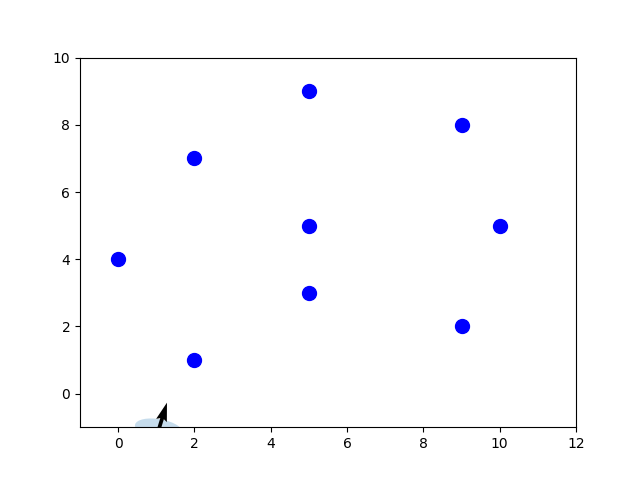
Repository: M-Usamah/Robotics
Script's output: python Project/code/kalman_filter_fill.py
The author's editor kept a copy of each file at every save. The script's output is drawn from the files as they stood at one save, then again after the next save.
Animations are shown at an early frame. Random numbers start from a fixed seed.

Above is the script's output before, as saved 2021-01-16 23:29:57.

### Project/code/kalman_filter_fill.py
import numpy as np
import scipy.stats
import matplotlib.pyplot as plt
from read_data import read_world, read_sensor_data
from matplotlib.patches import Ellipse

#plot preferences, interactive plotting mode
fig = plt.figure()
plt.axis([-1, 12, 0, 10])
plt.ion()
plt.show()

def plot_state(mu, sigma, landmarks, map_limits):
    # Visualizes the state of the kalman filter.
    #
    # Displays the mean and standard deviation of the belief,
    # the state covariance sigma and the position of the
    # landmarks.

    # landmark positions
    lx = []
    ly = []

    for i in range (len(landmarks)):
        lx.append(landmarks[i+1][0])
        ly.append(landmarks[i+1][1])

    # mean of belief as current estimate
    estimated_pose = mu

    #calculate and plot covariance ellipse
    covariance = sigma[0:2, 0:2]
    eigenvals, eigenvecs = np.linalg.eig(covariance)

    #get largest eigenvalue and eigenvector
    max_ind = np.argmax(eigenvals)
    max_eigvec = eigenvecs[:, max_ind]
    max_eigval = eigenvals[max_ind]

    #get smallest eigenvalue and eigenvector
    min_ind = 0
    if max_ind == 0:
        min_ind = 1

    min_eigvec = eigenvecs[:, min_ind]
    min_eigval = eigenvals[min_ind]

    #chi-square value for sigma confidence interval
    chisquare_scale = 2.2789

    #calculate width and height of confidence ellipse
    width = 2 * np.sqrt(chisquare_scale*max_eigval)
    height = 2 * np.sqrt(chisquare_scale*min_eigval)
    angle = np.arctan2(max_eigvec[1], max_eigvec[0])

    #generate covariance ellipse
    ell = Ellipse(xy = [estimated_pose[0], estimated_pose[1]], width=width, height=height, angle=angle/np.pi*180)
    ell.set_alpha(0.25)

    # plot filter state and covariance
    plt.clf()
    plt.gca().add_artist(ell)
    plt.plot(lx, ly, 'bo', markersize=10)
    plt.quiver(estimated_pose[0], estimated_pose[1], np.cos(estimated_pose[2]), np.sin(estimated_pose[2]), angles='xy', scale_units='xy')
    plt.axis(map_limits)

    plt.pause(0.01)

def prediction_step(odometry, mu, sigma):
    # Updates the belief, i.e., mu and sigma, according to the motion
    # model
    #
    # mu: 3x1 vector representing the mean (x,y,theta) of the
    #     belief distribution
    # sigma: 3x3 covariance matrix of belief distribution

    x = mu[0]
    y = mu[1]
    theta = mu[2]

    delta_rot1 = odometry['r1']
    delta_trans = odometry['t']
    delta_rot2 = odometry['r2']

    #motion noise
    Q = np.array([[0.2, 0.0, 0.0],
                   [0.0, 0.2, 0.0],
                   [0.0, 0.0, 0.02]])
    #noise free motion (FILL)
    x_new = x + delta_trans * np.cos(theta + delta_rot1)
    y_new =  y + delta_trans * np.sin(theta + delta_rot1)
    theta_new =  theta + delta_rot1 + delta_rot2


    #Jakobian of g with respect to the state (FILL)
    G = np.array([[1.0, 0.0, -delta_trans * np.sin(theta + delta_rot1)],\
                  [0.0, 1.0, delta_trans * np.cos(theta + delta_rot1)],\
                  [0.0, 0.0, 1.0]])

    #new mu and sigma (FILL)
    mu = [x_new, y_new, theta_new]

    sigma = np.dot(np.dot(G,sigma),np.transpose(G)) + Q

    return mu, sigma


def correction_step(sensor_data, mu, sigma, landmarks):
    # updates the belief, i.e., mu and sigma, according to the
    # sensor model
    #
    # The employed sensor model is range-only
    #
    # mu: 3x1 vector representing the mean (x,y,theta) of the
    #     belief distribution
    # sigma: 3x3 covariance matrix of belief distribution

    x = mu[0]
    y = mu[1]
    theta = mu[2]

    #measured landmark ids and ranges
    ids = sensor_data['id']
    ranges = sensor_data['range']
    # Compute the expected range measurements for each landmark.
    # This corresponds to the function h
    H = []
    Z = []
    expected_ranges = []
    for i in range(len(ids)):
        lm_id = ids[i]
        meas_range = ranges[i]
        lx = landmarks[lm_id][0]
        ly = landmarks[lm_id][1]
        #calculate expected range measurement (FILL)
        range_exp = np.sqrt( (lx - x)*2 + (ly - y)*2 )
        #compute a row of H for each measurement (FILL)
        H_i =  [(x - lx)/range_exp, (y - ly)/range_exp, 0]
        H.append(H_i)
        Z.append(ranges[i])
        expected_ranges.append(range_exp)
    # noise covariance for the measurements
    R = 0.5 * np.eye(len(ids))
    # Kalman gain (FILL)
    K_help =  np.linalg.inv(np.dot(np.dot(H,sigma),np.transpose(H)) + R)
    K = np.dot(np.dot(sigma,np.transpose(H)),K_help)
    # Kalman correction of mean and covariance (FILL)
    mu = mu + np.dot(K,(np.array(Z) - np.array(expected_ranges)))
    sigma = np.dot(np.eye(len(sigma)) - np.dot(K,H),sigma)

    return mu, sigma

def main():
    # implementation of an extended Kalman filter for robot pose estimation

    print("Reading landmark positions")
    landmarks = read_world(r'C:\Users\User\Desktop\mce412-project\data\world.dat')

    print("Reading sensor data")
    sensor_readings = read_sensor_data(r'C:\Users\User\Desktop\mce412-project\data\sensor_data.dat')

    #initialize belief
    mu = [0.0, 0.0, 0.0]
    sigma = np.array([[1.0, 0.0, 0.0],
                      [0.0, 1.0, 0.0],
                      [0.0, 0.0, 1.0]])

    map_limits = [-1, 12, -1, 10]

    #run kalman filter
    for timestep in range(len(sensor_readings)//2):

        #plot the current state
        plot_state(mu, sigma, landmarks, map_limits)

        #perform prediction step
        mu, sigma = prediction_step(sensor_readings[timestep,'odometry'], mu, sigma)

        #perform correction step
        mu, sigma = correction_step(sensor_readings[timestep, 'sensor'], mu, sigma, landmarks)

    plt.show('hold')

if __name__ == "__main__":
    main()

### Project/code/read_data.py
def read_world(filename):
    # Reads the world definition and returns a list of landmarks, our 'map'.
    #
    # The returned dict contains a list of landmarks each with the
    # following information: {id, [x, y]}

    landmarks = dict()

    f = open(filename)

    for line in f:

        line_s  = line.split('\n')
        line_spl  = line_s[0].split(' ')
        landmarks[int(line_spl[0])] = [float(line_spl[1]),float(line_spl[2])]

    return landmarks

def read_sensor_data(filename):
    # Reads the odometry and sensor readings from a file.
    #
    # The data is returned in a dict where the u_t and z_t are stored
    # together as follows:
    #
    # {odometry,sensor}
    #
    # where "odometry" has the fields r1, r2, t which contain the values of
    # the identically named motion model variables, and sensor is a list of
    # sensor readings with id, range, bearing as values.
    #
    # The odometry and sensor values are accessed as follows:
    # odometry_data = sensor_readings[timestep, 'odometry']
    # sensor_data = sensor_readings[timestep, 'sensor']

    sensor_readings = dict()

    lm_ids =[]
    ranges=[]
    bearings=[]

    first_time = True
    timestamp = 0
    f = open(filename)

    for line in f:

        line_s = line.split('\n') # remove the new line character
        line_spl = line_s[0].split(' ') # split the line

        if (line_spl[0]=='ODOMETRY'):

            sensor_readings[timestamp,'odometry'] = {'r1':float(line_spl[1]),'t':float(line_spl[2]),'r2':float(line_spl[3])}

            if first_time:
                first_time = False

            else:
                sensor_readings[timestamp,'sensor'] = {'id':lm_ids,'range':ranges,'bearing':bearings}
                lm_ids=[]
                ranges = []
                bearings = []

            timestamp = timestamp+1

        if(line_spl[0]=='SENSOR'):

            lm_ids.append(int(line_spl[1]))
            ranges.append(float(line_spl[2]))
            bearings.append(float(line_spl[3]))

        sensor_readings[timestamp-1,'sensor'] = {'id':lm_ids,'range':ranges,'bearing':bearings}

    return sensor_readings

Loaded but not shown: Project/data/world.dat (common file); Project/data/sensor_data.dat (1543 lines, source omitted)

After the next save:
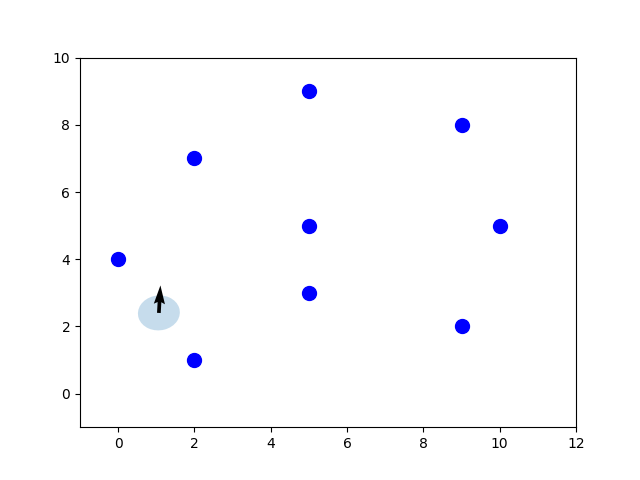
Saved 87 s later.
--- a/Project/code/kalman_filter_fill.py
+++ b/Project/code/kalman_filter_fill.py
@@ -71,37 +71,33 @@ def prediction_step(odometry, mu, sigma):
     # model
     #
     # mu: 3x1 vector representing the mean (x,y,theta) of the
-    #     belief distribution
+    # belief distribution
     # sigma: 3x3 covariance matrix of belief distribution
-
     x = mu[0]
     y = mu[1]
     theta = mu[2]
-
-    delta_rot1 = odometry['r1']
-    delta_trans = odometry['t']
-    delta_rot2 = odometry['r2']
+    delta_rot1 = odometry["r1"]
+    delta_trans = odometry["t"]
+    delta_rot2 = odometry["r2"]
 
     #motion noise
-    Q = np.array([[0.2, 0.0, 0.0],
-                   [0.0, 0.2, 0.0],
-                   [0.0, 0.0, 0.02]])
-    #noise free motion (FILL)
+    Q = np.array([[0.2, 0.0, 0.0],\
+    [0.0, 0.2, 0.0],\
+    [0.0, 0.0, 0.02]])
+
+    #noise free motion
     x_new = x + delta_trans * np.cos(theta + delta_rot1)
-    y_new =  y + delta_trans * np.sin(theta + delta_rot1)
-    theta_new =  theta + delta_rot1 + delta_rot2
+    y_new = y + delta_trans * np.sin(theta + delta_rot1)
+    theta_new = theta + delta_rot1 + delta_rot2
 
+    #Jakobian of g with respect to the state
+    G = np.array([[1.0, 0.0, -delta_trans * np.sin(theta + delta_rot1)],\
+    [0.0, 1.0, delta_trans * np.cos(theta + delta_rot1)],\
+    [0.0, 0.0, 1.0]])
 
-    #Jakobian of g with respect to the state (FILL)
-    G = np.array([[1.0, 0.0, -delta_trans * np.sin(theta + delta_rot1)],\
-                  [0.0, 1.0, delta_trans * np.cos(theta + delta_rot1)],\
-                  [0.0, 0.0, 1.0]])
-
-    #new mu and sigma (FILL)
+    #new mu and sigma
     mu = [x_new, y_new, theta_new]
-
     sigma = np.dot(np.dot(G,sigma),np.transpose(G)) + Q
-
     return mu, sigma
 
 
@@ -112,16 +108,14 @@ def correction_step(sensor_data, mu, sigma, landmarks):
     # The employed sensor model is range-only
     #
     # mu: 3x1 vector representing the mean (x,y,theta) of the
-    #     belief distribution
+    # belief distribution
     # sigma: 3x3 covariance matrix of belief distribution
-
     x = mu[0]
     y = mu[1]
     theta = mu[2]
-
     #measured landmark ids and ranges
-    ids = sensor_data['id']
-    ranges = sensor_data['range']
+    ids = sensor_data["id"]
+    ranges = sensor_data["range"]
     # Compute the expected range measurements for each landmark.
     # This corresponds to the function h
     H = []
@@ -132,38 +126,40 @@ def correction_step(sensor_data, mu, sigma, landmarks):
         meas_range = ranges[i]
         lx = landmarks[lm_id][0]
         ly = landmarks[lm_id][1]
-        #calculate expected range measurement (FILL)
-        range_exp = np.sqrt( (lx - x)*2 + (ly - y)*2 )
-        #compute a row of H for each measurement (FILL)
-        H_i =  [(x - lx)/range_exp, (y - ly)/range_exp, 0]
+        #calculate expected range measurement
+        range_exp = np.sqrt( (lx - x)**2 + (ly - y)**2 )
+        #compute a row of H for each measurement
+        H_i = [(x - lx)/range_exp, (y - ly)/range_exp, 0]
         H.append(H_i)
         Z.append(ranges[i])
         expected_ranges.append(range_exp)
+
     # noise covariance for the measurements
     R = 0.5 * np.eye(len(ids))
-    # Kalman gain (FILL)
-    K_help =  np.linalg.inv(np.dot(np.dot(H,sigma),np.transpose(H)) + R)
+
+    # Kalman gain
+    K_help = np.linalg.inv(np.dot(np.dot(H,sigma),np.transpose(H)) + R)
     K = np.dot(np.dot(sigma,np.transpose(H)),K_help)
-    # Kalman correction of mean and covariance (FILL)
+
+    # Kalman correction of mean and covariance
     mu = mu + np.dot(K,(np.array(Z) - np.array(expected_ranges)))
     sigma = np.dot(np.eye(len(sigma)) - np.dot(K,H),sigma)
-
     return mu, sigma
 
 def main():
     # implementation of an extended Kalman filter for robot pose estimation
 
     print("Reading landmark positions")
-    landmarks = read_world(r'C:\Users\User\Desktop\mce412-project\data\world.dat')
+    landmarks = read_world(r"C:\Users\User\Desktop\mce412-project\data\world.dat")
 
     print("Reading sensor data")
-    sensor_readings = read_sensor_data(r'C:\Users\User\Desktop\mce412-project\data\sensor_data.dat')
+    sensor_readings = read_sensor_data(r"C:\Users\User\Desktop\mce412-project\data\sensor_data.dat")
 
     #initialize belief
     mu = [0.0, 0.0, 0.0]
     sigma = np.array([[1.0, 0.0, 0.0],
-                      [0.0, 1.0, 0.0],
-                      [0.0, 0.0, 1.0]])
+                    [0.0, 1.0, 0.0],
+                    [0.0, 0.0, 1.0]])
 
     map_limits = [-1, 12, -1, 10]
 
@@ -179,7 +175,7 @@ def main():
         #perform correction step
         mu, sigma = correction_step(sensor_readings[timestep, 'sensor'], mu, sigma, landmarks)
 
-    plt.show('hold')
+    plt.show("hold")
 
 if __name__ == "__main__":
     main()
